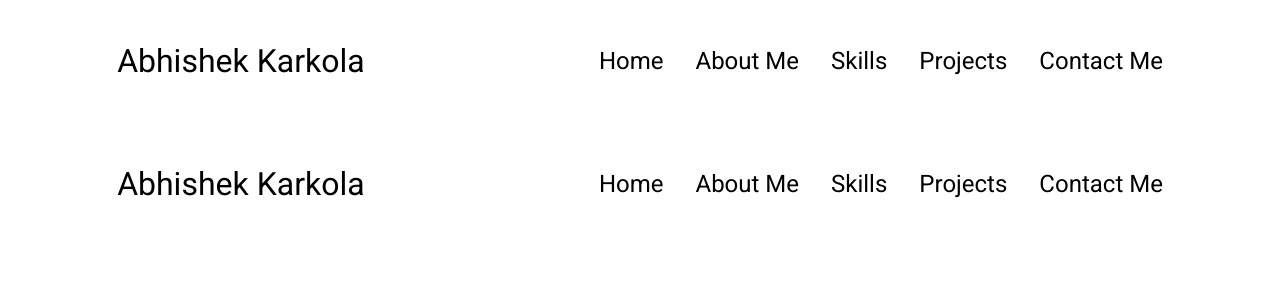
Repository: APersonalVoyage/APersonalVoyage.github.io
Page: index.html
An editor plug-in stored every save of this project. The page is shown before and after the next save, followed by the edit.
The browser window is 1280 px wide. The pictures show the whole page.

Above is the page before, as saved 2023-08-23 17:28:16.

After the next save:
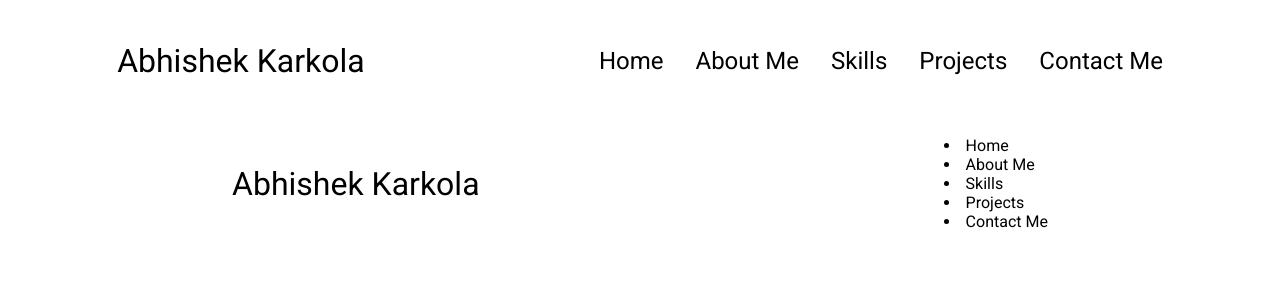
Saved 31 s later.
--- a/index.html
+++ b/index.html
@@ -28,13 +28,11 @@
                 <span></span>
             </div>
             <div class = "menu-links">
-                <u1 class="nav-links">
                     <li><a href="#home">Home</a></li>
                     <li><a href="#about">About Me</a></li>
                     <li><a href="#skills">Skills</a></li>
                     <li><a href="#projects">Projects</a></li>
                     <li><a href="#contact">Contact Me</a></li>
-                </u1>
             </div>
         </div>
     <script src="script.js"></script>
